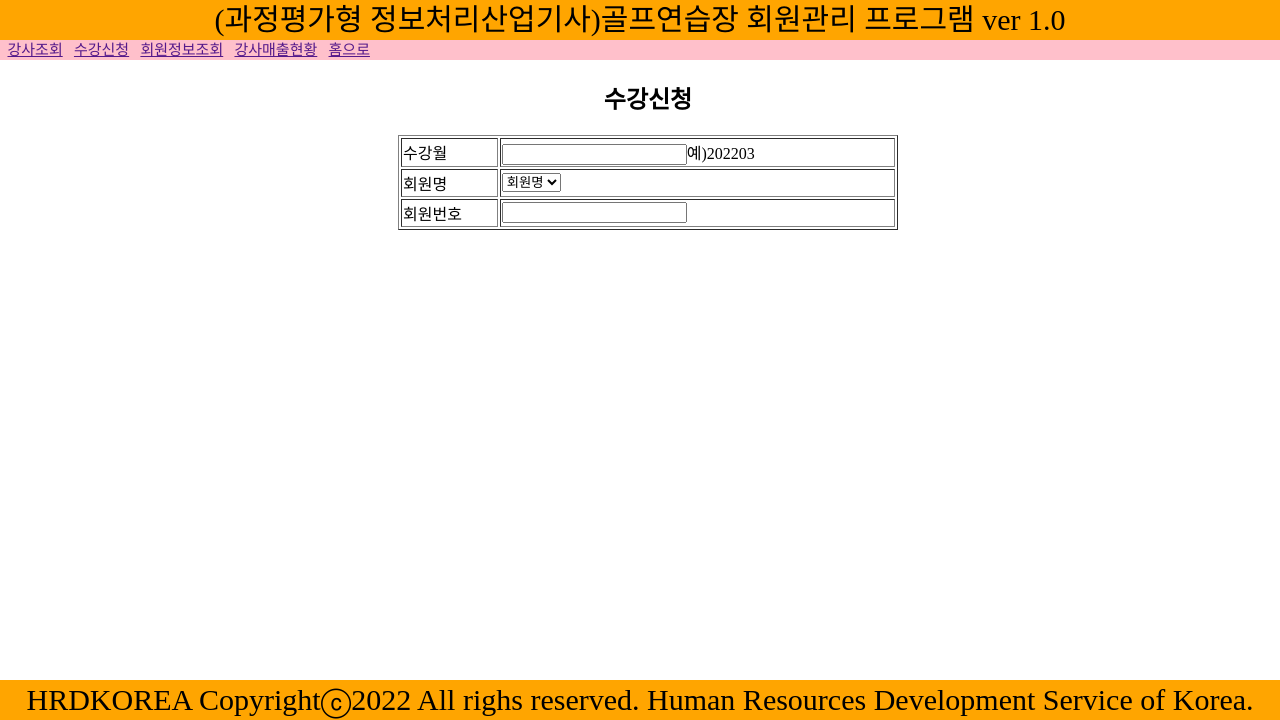
Repository: YeoJeongmo/hrdKorea
Page: http://localhost/HRD_1/insert.jsp
The author's editor kept a copy of each file at every save. The page is drawn from the files as they stood at one save, then again after a run of saves.
The browser window is 1280 px wide. The pictures show the whole page.
The page is served by Tomcat 9. Other server files are loaded and not shown.

Above is the page before, as saved 2024-09-04 12:13:52.

### cbq_05/workspace/HRD_1/src/main/webapp/insert.jsp
<%@ page language="java" contentType="text/html; charset=UTF-8"
    pageEncoding="UTF-8"%>
<!DOCTYPE html>
<html>
<head>
<meta charset="UTF-8">
<title>Insert title here</title>
</head>
<body>
<jsp:include page="header.jsp"></jsp:include>
<section style="position: fixed; top: 60px; width: 100%;">
	<h2 style="text-align: center;">수강신청</h2>
	<form style="display: flex; justify-content: center;">
	<table border="1" style="width: 500px;">
		<tr>
			<td> 수강월 </td>
			<td> <input type="text" name="resist_month">예)202203 </td>
		</tr>
		<tr>
			<td> 회원명 </td>
			<td>
				<select>
					<option> 회원명 </option>
					<option> 홍길동 </option>
					<option> 장발장 </option>
					<option> 임꺽정 </option>
					<option> 성춘향 </option>
					<option> 이몽룡 </option>
				</select>
			</td>
		</tr>
		<tr>
			<td> 회원번호 </td>
			<td> <input type="text" name="c_no"> </td>
		</tr>
	</table>
	</form>
</section>
<jsp:include page="footer.jsp"></jsp:include>
</body>
</html>

### cbq_05/workspace/HRD_1/src/main/webapp/header.jsp
<%@ page language="java" contentType="text/html; charset=UTF-8"
    pageEncoding="UTF-8"%>
<!DOCTYPE html>
<html>
<head>
<meta charset="UTF-8">
<title>Insert title here</title>
</head>
<body>
<header style="position: fixed; top: 0; left: 0; line-height: 40px; width: 100%; height: 40px; font-size: 30px; text-align: center; background-color: orange; color: black;">(과정평가형 정보처리산업기사)골프연습장 회원관리 프로그램 ver 1.0</header>
<nav  style="position: fixed; top: 40px; left: 0; line-height: 20px; width: 100%; height: 20px; font-size: 15px; background-color: pink; color: black;">
&nbsp;&nbsp;<a href="">강사조회</a>
&nbsp;&nbsp;<a href="">수강신청</a>
&nbsp;&nbsp;<a href="">회원정보조회</a>
&nbsp;&nbsp;<a href="">강사매출현황</a>
&nbsp;&nbsp;<a href="">홈으로</a>
</nav>
</body>
</html>

### cbq_05/workspace/HRD_1/src/main/webapp/footer.jsp
<%@ page language="java" contentType="text/html; charset=UTF-8"
    pageEncoding="UTF-8"%>
<!DOCTYPE html>
<html>
<head>
<meta charset="UTF-8">
<title>Insert title here</title>
</head>
<body>
<footer style="position: fixed; bottom: 0; left: 0; line-height: 40px; width: 100%; height: 40px; font-size: 30px; text-align: center; background-color: orange; color: black;">HRDKOREA Copyrightⓒ2022 All righs reserved. Human Resources Development Service of Korea.</footer>
</body>
</html>

After the next 2 saves:
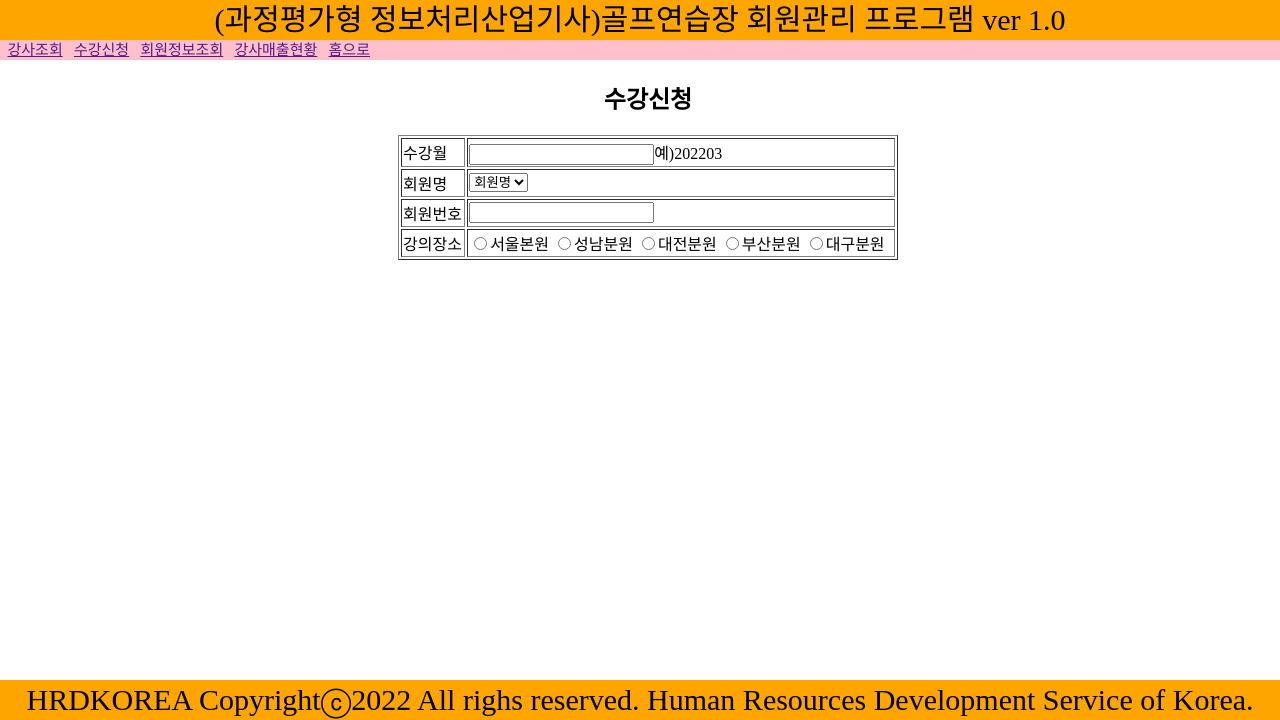
The 2 saves are shown as one change because they came seconds apart.
The last was saved 71 s later.
--- a/cbq_05/workspace/HRD_1/src/main/webapp/insert.jsp
+++ b/cbq_05/workspace/HRD_1/src/main/webapp/insert.jsp
@@ -33,6 +33,16 @@
 			<td> 회원번호 </td>
 			<td> <input type="text" name="c_no"> </td>
 		</tr>
+		<tr>
+			<td> 강의장소 </td>
+			<td>
+				<input type="radio" name="class_area">서울본원
+				<input type="radio" name="class_area">성남분원
+				<input type="radio" name="class_area">대전분원
+				<input type="radio" name="class_area">부산분원
+				<input type="radio" name="class_area">대구분원
+			</td>
+		</tr>
 	</table>
 	</form>
 </section>
